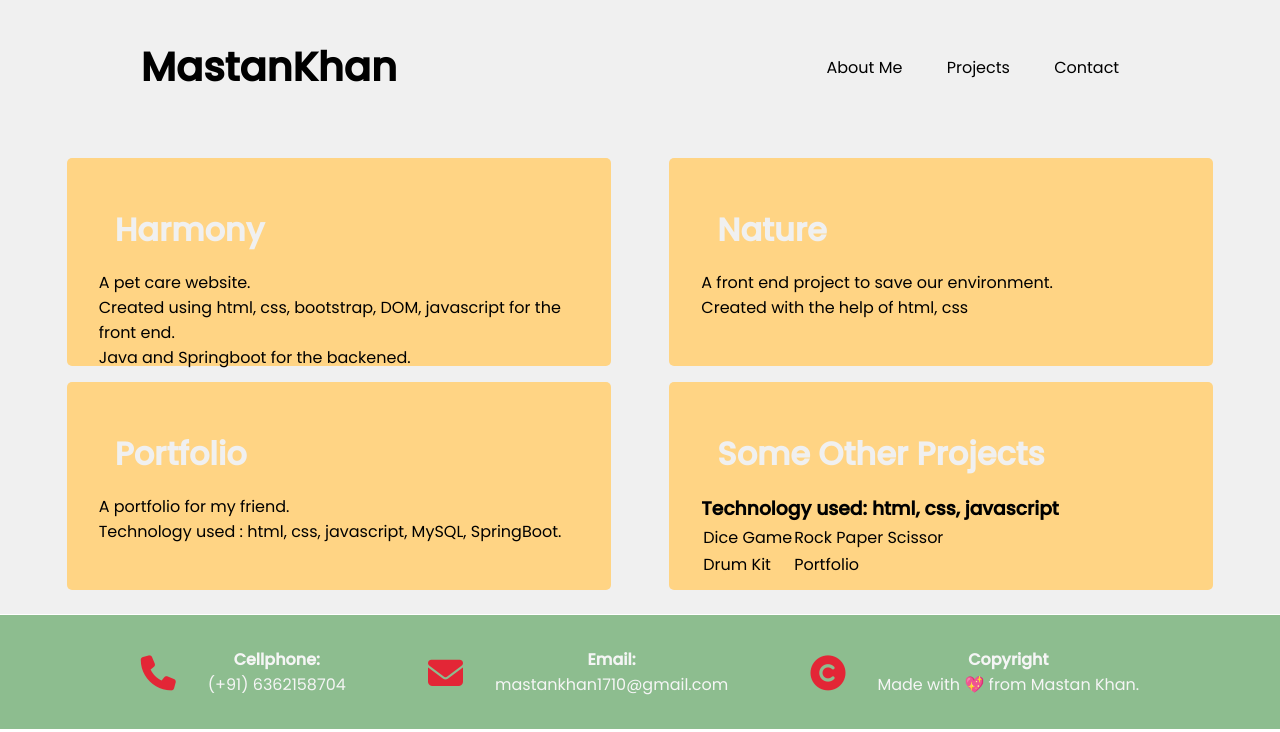
Repository: MastanKhan1/my_resume
Page: http://localhost/projects
These files come from the project's save history. The page is drawn as it stood at one moment and after the next save; the edit follows.
The browser window is 1280 px wide. The pictures show the whole page.
Some web fonts or font styles are not loaded; a fallback is used. The page is this project's Thymeleaf template; nobody is signed in. The template is opened directly, without the code that normally fills it, so the values that code supplies are empty.

Above is the page before, as saved 2023-10-06 07:10:53.

After the next save:
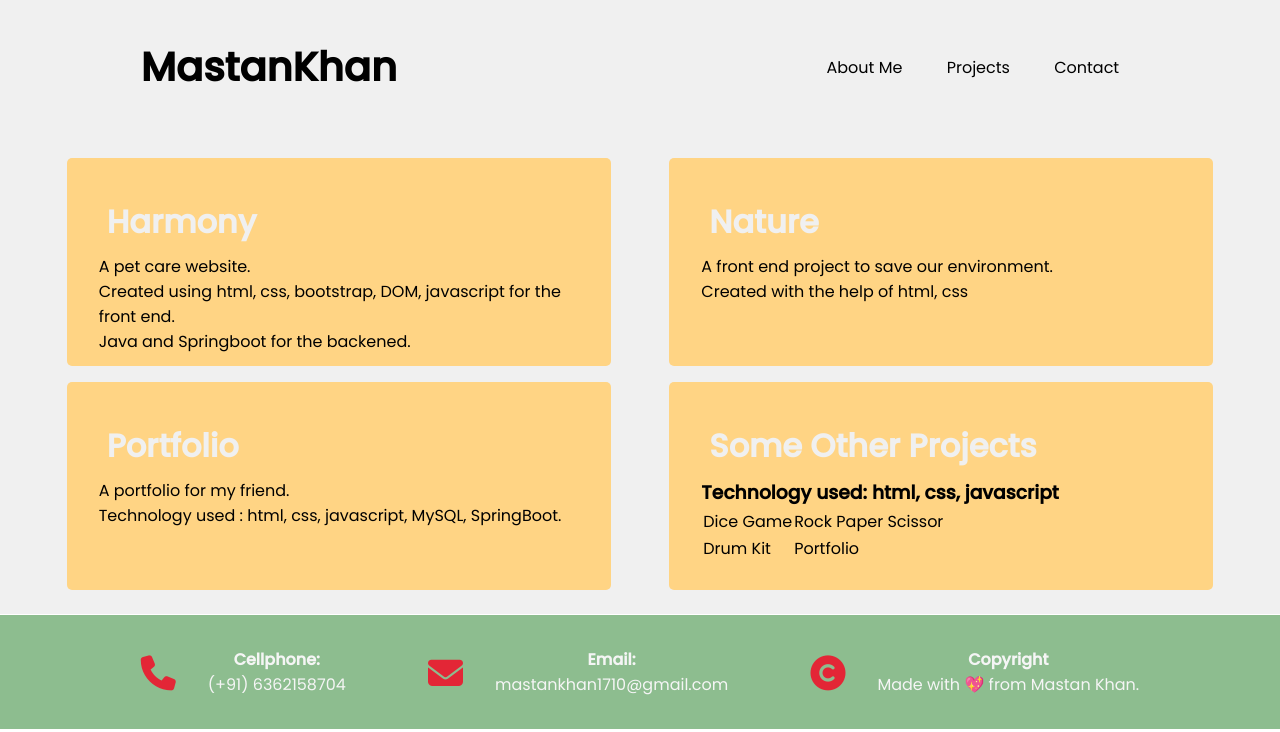
Saved 60 s later.
--- a/portfolio/src/main/resources/static/styles.css
+++ b/portfolio/src/main/resources/static/styles.css
@@ -252,5 +252,5 @@ i{
 .project-items h2{
     font-size: 2rem;
    color: #f0f0f0;
-   padding: 1rem;
-}
+   padding: 0.5rem;
+}
